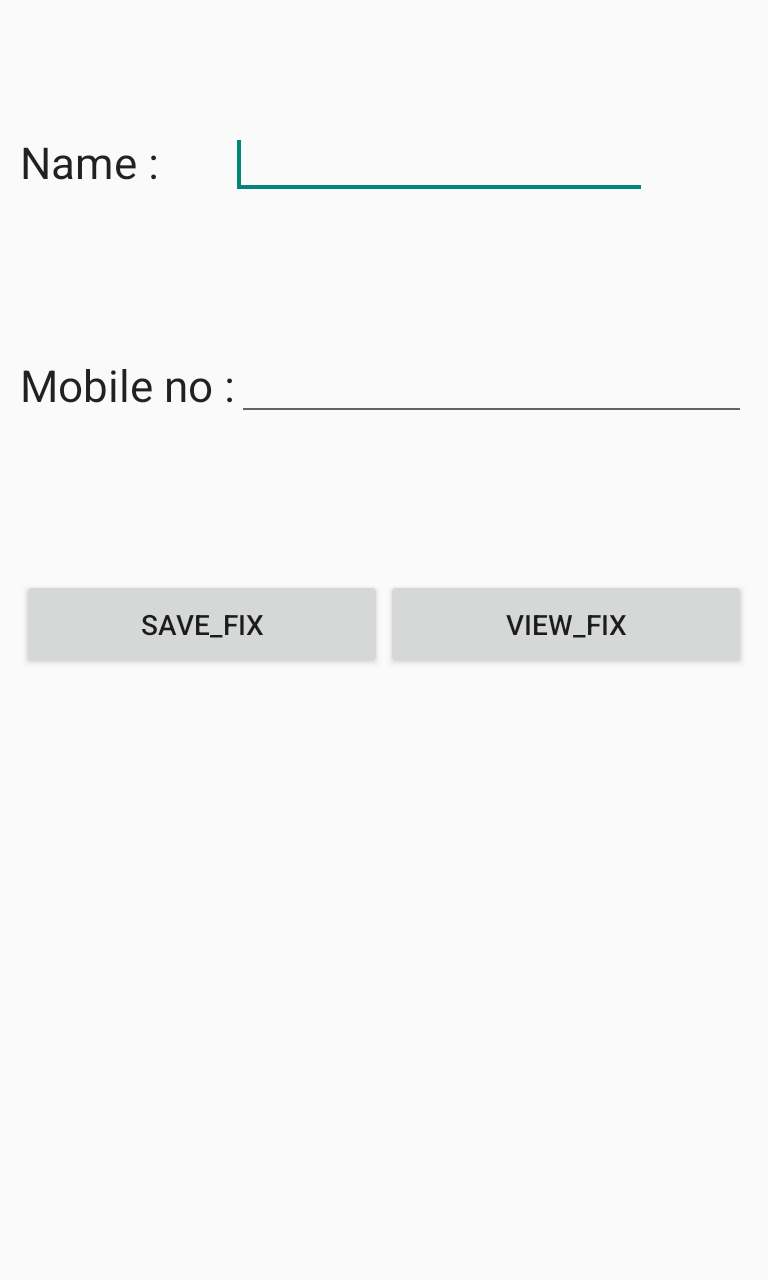
Repository: rajeshmule/Android-Data-Storage-Option
Layout: SharedPreference/res/layout/activity_main2.xml
These files come from the project's save history. The layout is drawn as it stood at one moment and after the next save; the edit follows.
It is drawn on a 768 x 1280 px phone screen (xhdpi) without system bars, with theme AppTheme; the app's code is not run.

Above is the layout before, as saved 2014-08-22 16:30:46.

### SharedPreference/res/layout/activity_main2.xml
<LinearLayout xmlns:android="http://schemas.android.com/apk/res/android"
    xmlns:tools="http://schemas.android.com/tools"
    android:id="@+id/container"
    android:layout_width="match_parent"
    android:layout_height="match_parent"
    android:orientation="vertical"
    tools:context="com.rajesh.sharedpreference.Main2Activity"
     >

    <LinearLayout
        android:layout_width="wrap_content"
        android:layout_height="wrap_content"
        android:layout_marginBottom="35dp"
        android:layout_marginLeft="10dp"
        android:layout_marginRight="10dp"
        android:layout_marginTop="60dp"
        android:orientation="horizontal" >

        <TextView
            android:id="@+id/textView1"
            android:layout_width="wrap_content"
            android:layout_height="wrap_content"
            android:text="@string/name_fix"
            android:textAppearance="?android:attr/textAppearanceLarge" />

        <EditText
            android:id="@+id/editText1"
            android:layout_width="0dp"
            android:layout_height="wrap_content"
            android:layout_marginLeft="35dp"
            android:layout_weight="1"
            android:ems="10"
            android:inputType="textPersonName" >

            <requestFocus />
        </EditText>
    </LinearLayout>

    <LinearLayout
        android:layout_width="match_parent"
        android:layout_height="wrap_content"
        android:layout_marginBottom="35dp"
        android:layout_marginLeft="10dp"
        android:layout_marginRight="10dp"
        android:layout_marginTop="35dp" >

        <TextView
            android:id="@+id/textView2"
            android:layout_width="wrap_content"
            android:layout_height="wrap_content"
            android:text="@string/Mobile_no_fix"
            android:textAppearance="?android:attr/textAppearanceLarge" />

        <EditText
            android:id="@+id/editText2"
            android:layout_width="0dp"
            android:layout_height="wrap_content"
            android:layout_weight="1"
            android:ems="10"
            android:inputType="number" />
    </LinearLayout>

    <LinearLayout
        android:layout_width="match_parent"
        android:layout_height="wrap_content"
        android:layout_marginLeft="10dp"
        android:layout_marginRight="10dp"
        android:layout_marginTop="40dp" >

        <Button
            android:id="@+id/button1"
            android:layout_width="0dp"
            android:layout_height="wrap_content"
            android:layout_weight="1"
            android:text="Save_fix" />

        <Button
            android:id="@+id/button2"
            android:layout_width="0dp"
            android:layout_height="wrap_content"
            android:layout_weight="1"
            android:text="View_fix" />
    </LinearLayout>

</LinearLayout>

### SharedPreference/res/values/strings.xml
<?xml version="1.0" encoding="utf-8"?>
<resources>

    <string name="app_name">Shared Preference</string>
    <string name="hello_world">Hello world!</string>
    <string name="action_settings">Settings</string>
    <string name="title_activity_main2">Main2Activity</string>
    <string name="name_fix">Name :</string>
    <string name="Mobile_no_fix">Mobile no :</string>
    <string name="Save_fix">Save</string>
    <string name="View_fix">Show</string>
    <string name="Show_fix">Show</string>
    <string name="Back_fix">Back</string>

</resources>

Loaded but not shown: SharedPreference/res/values/styles.xml (common file); SharedPreference/res/values-v11/styles.xml (common file); SharedPreference/res/values-v14/styles.xml (common file)

After the next save:
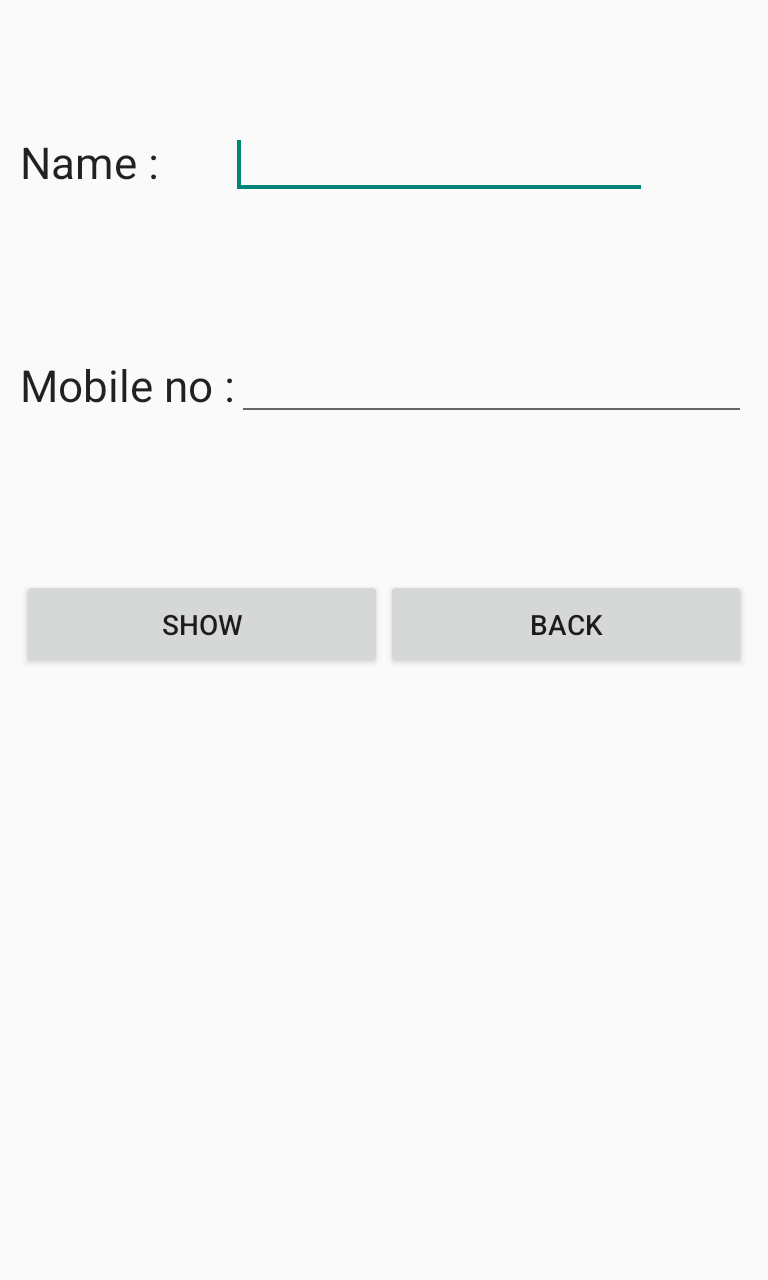
Saved 12 s later.
--- a/SharedPreference/res/layout/activity_main2.xml
+++ b/SharedPreference/res/layout/activity_main2.xml
@@ -72,14 +72,14 @@
             android:layout_width="0dp"
             android:layout_height="wrap_content"
             android:layout_weight="1"
-            android:text="Save_fix" />
+            android:text="@string/Show_fix" />
 
         <Button
             android:id="@+id/button2"
             android:layout_width="0dp"
             android:layout_height="wrap_content"
             android:layout_weight="1"
-            android:text="View_fix" />
+            android:text="@string/Back_fix" />
     </LinearLayout>
 
 </LinearLayout>
